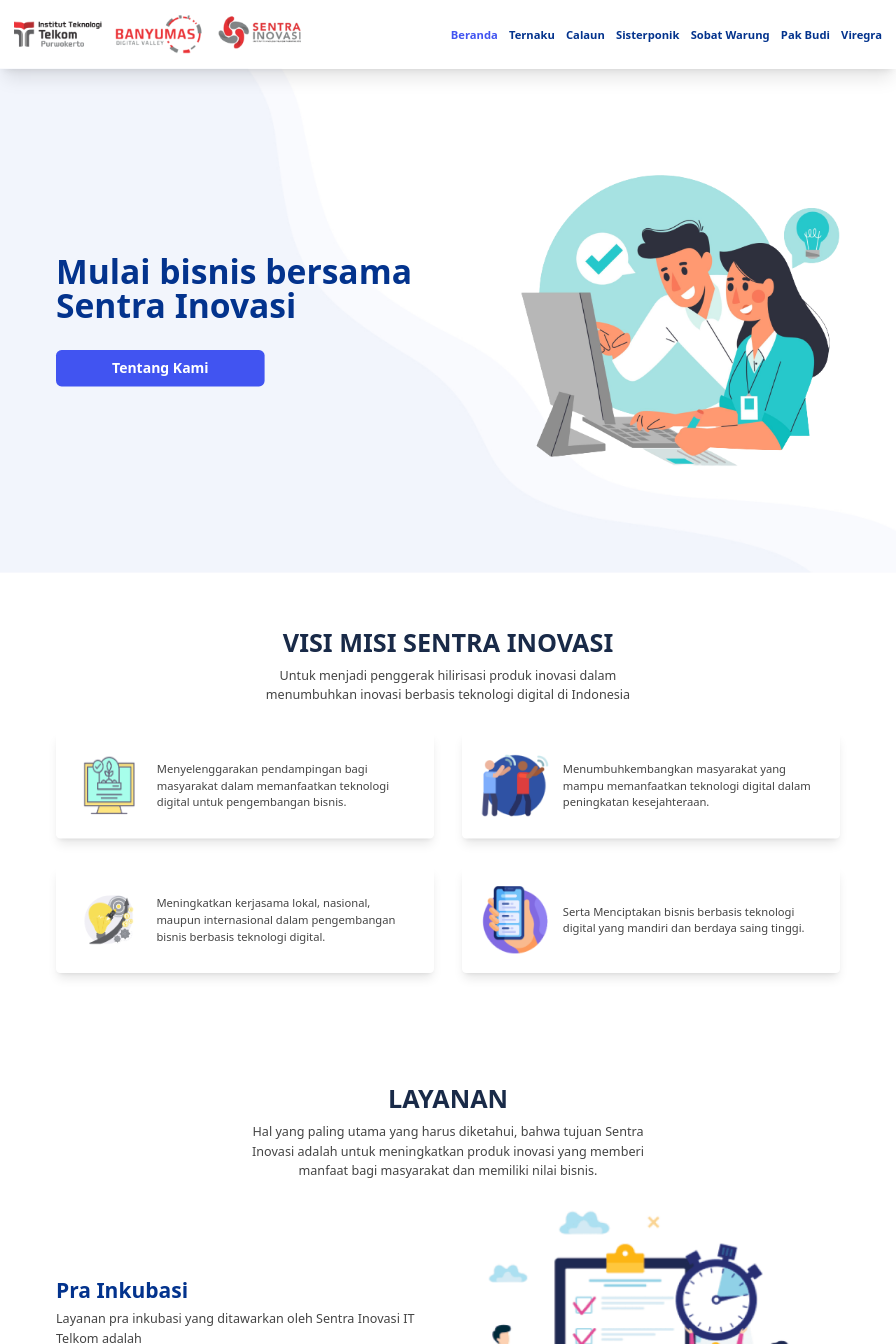
Repository: whytrno/sinovi-products
Page: /
The author's editor kept a copy of each file at every save. The page is drawn from the files as they stood at one save, then again after the next save.
The browser window is 1280 px wide. The pictures show the part of the page from y = 0 to 1920 px (the page is 3858 px tall), at 70% of full size.
The project was rebuilt for these pictures with package versions that can differ from the ones it lists, and the page was loaded fresh each time. The framework's server and built-in components were replaced by stand-ins that run in the browser. Also part of the build but not shown: next.config.js, components/Produk.js.

Above is the page before, as saved 2023-02-24 12:18:41.

After the next save:
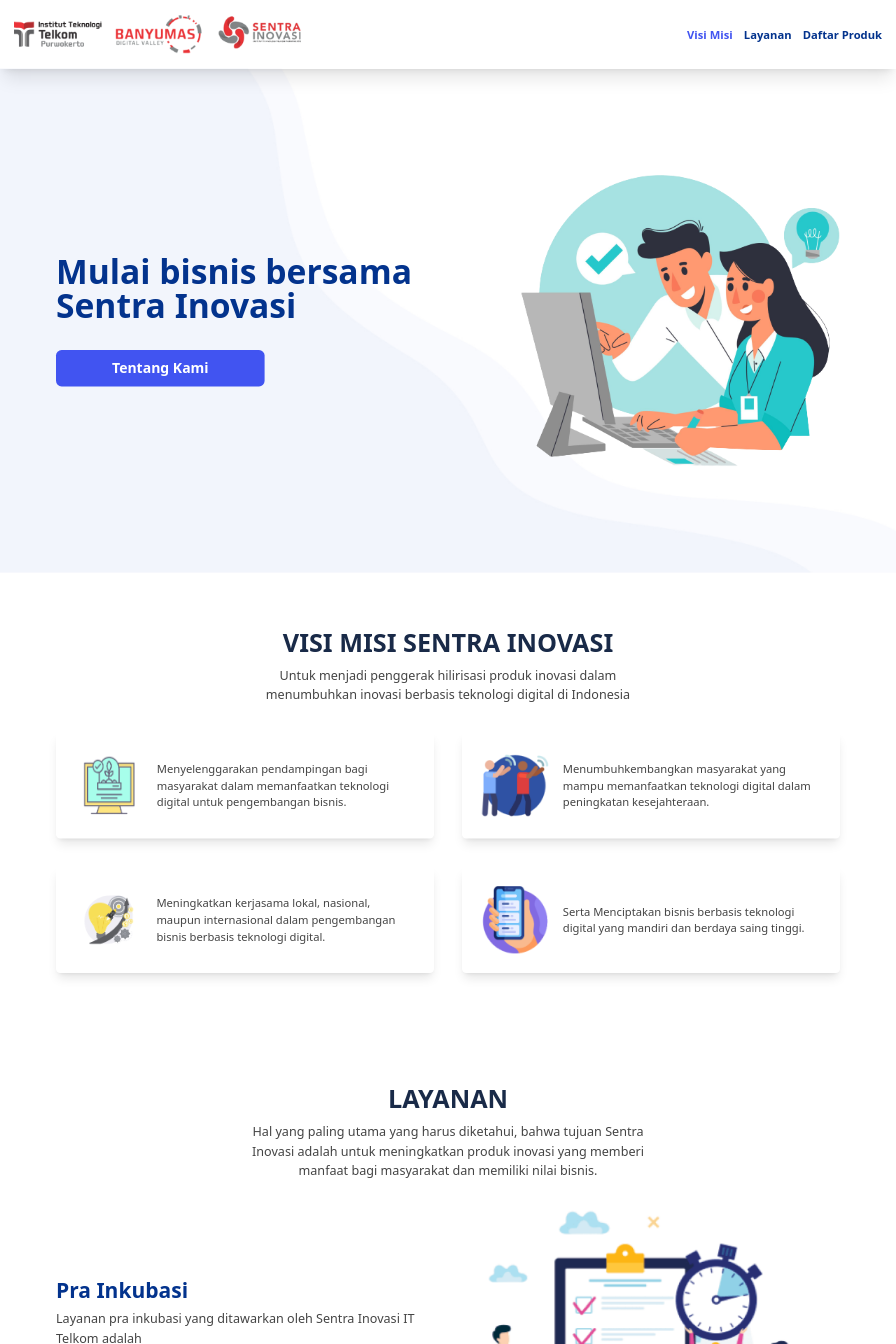
Saved 47 s later.
--- a/components/Navbar.js
+++ b/components/Navbar.js
@@ -9,13 +9,9 @@
                 <img src="logo/sinovi.png" alt="Sinovi Logo" />
             </div>
             <div className="font-semibold text-primary gap-4 2xl:gap-8 flex items-center">
-                <Link href="/" className="text-secondary">Beranda</Link>
-                <Link href="/">Ternaku</Link>
-                <Link href="/">Calaun</Link>
-                <Link href="/">Sisterponik</Link>
-                <Link href="/">Sobat Warung</Link>
-                <Link href="/">Pak Budi</Link>
-                <Link href="/">Viregra</Link>
+                <Link href="/" className="text-secondary">Visi Misi</Link>
+                <Link href="/">Layanan</Link>
+                <Link href="/">Daftar Produk</Link>
             </div>
         </div>
     )
